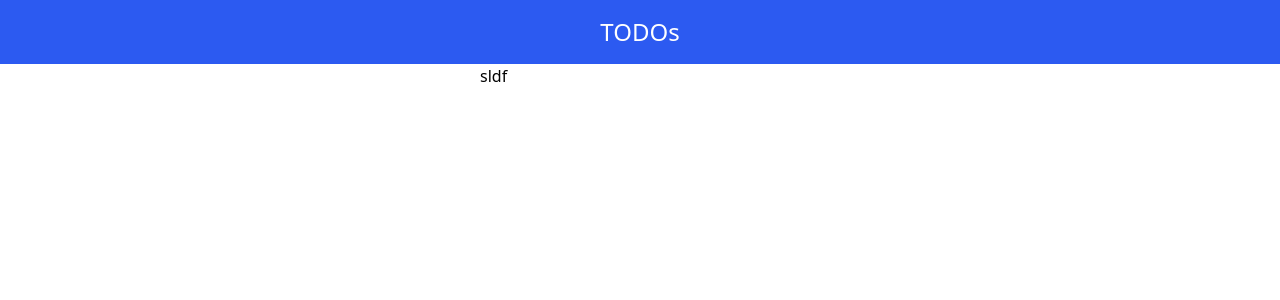
Repository: Jay-JYKim91/wanted-pre-onboarding-challenge-fe-1
Page: /
These files come from the project's save history. The page is drawn as it stood at one moment and after the next save; the edit follows.
The browser window is 1280 px wide. The pictures show the whole page.
The project was rebuilt for these pictures with package versions that can differ from the ones it lists, and the page was loaded fresh each time. Also part of the build but not shown: src/page/Auth.tsx.

Above is the page before, as saved 2022-08-01 22:10:10.

### src/index.tsx
import React from "react"
import ReactDOM from "react-dom/client"
import "./index.css"
import App from "./App"
import { BrowserRouter } from "react-router-dom"

const root = ReactDOM.createRoot(document.getElementById("root") as HTMLElement)
root.render(
  <React.StrictMode>
    <BrowserRouter>
      <App />
    </BrowserRouter>
  </React.StrictMode>
)

### src/App.tsx
import React, { useEffect } from "react"
import { Route, Routes, useNavigate } from "react-router-dom"
import Auth from "./page/Auth"
import Main from "./page/Main"

function App() {
  const navigate = useNavigate()

  useEffect(() => {
    const userToken = window.localStorage.getItem("userToken")
    if (userToken === "") {
      window.alert("Please login first.")
      navigate("/auth")
    }
  }, [])

  return (
    <div className="App">
      <header className="bg-primary-900 text-white text-center py-4 text-2xl">
        <span>TODOs</span>
      </header>
      <Routes>
        <Route path="/" element={<Main />} />
        <Route path="/auth" element={<Auth />} />
      </Routes>
    </div>
  )
}

export default App

### src/page/Main.tsx
import React from "react"

function Main() {
  return (
    <div className="max-w-xs m-auto">
      <p>sldf</p>
    </div>
  )
}

export default Main

### tailwind.config.js
/** @type {import('tailwindcss').Config} */
module.exports = {
  content: [
    "./src/**/*.{js,jsx,ts,tsx}",
  ],
  theme: {
    extend: {
      colors: {
        'primary': {
          100: '#47dfbc',
          500: '#428afe',
          900: '#2c5af1',
        }
      },
    },
  },
  plugins: [],
}

Loaded but not shown: public/index.html (common file); src/index.css (common file)

After the next save:
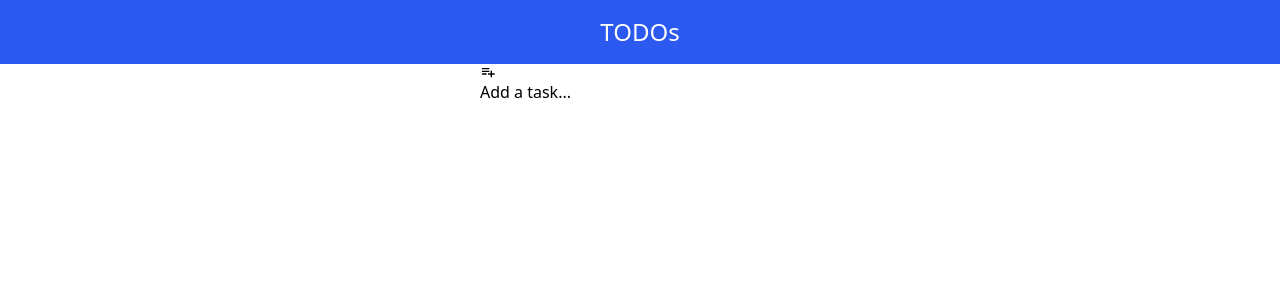
Saved 2 min 25 s later.
--- a/src/page/Main.tsx
+++ b/src/page/Main.tsx
@@ -1,9 +1,13 @@
 import React from "react"
+import { MdPlaylistAdd } from "react-icons/md"
 
 function Main() {
   return (
     <div className="max-w-xs m-auto">
-      <p>sldf</p>
+      <button type="button">
+        <MdPlaylistAdd />
+        Add a task...
+      </button>
     </div>
   )
 }
